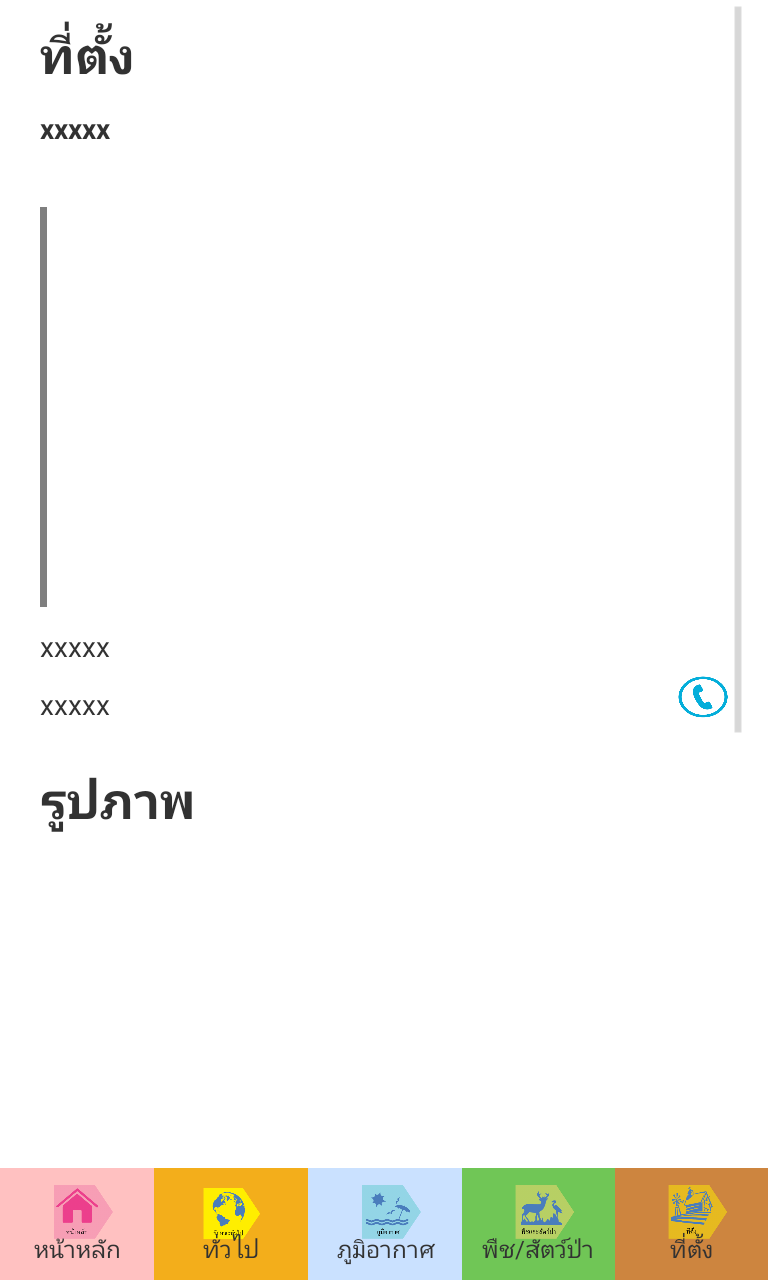
Repository: SettawutSomboon/SouthernNationalPark_Complete
Layout: SouthNationalParkTravel/SouthNationalPark/res/layout/animal.xml
These files come from the project's save history. The layout is drawn as it stood at one moment and after the next save; the edit follows.
Pictures or frames that could not be fetched are drawn as grey boxes. It is drawn on a 768 x 1280 px phone screen (xhdpi) without system bars, with theme AppTheme; the app's code is not run. Lists and similar views that code fills are empty.

Above is the layout before, as saved 2015-05-08 08:47:16.

After the next save:
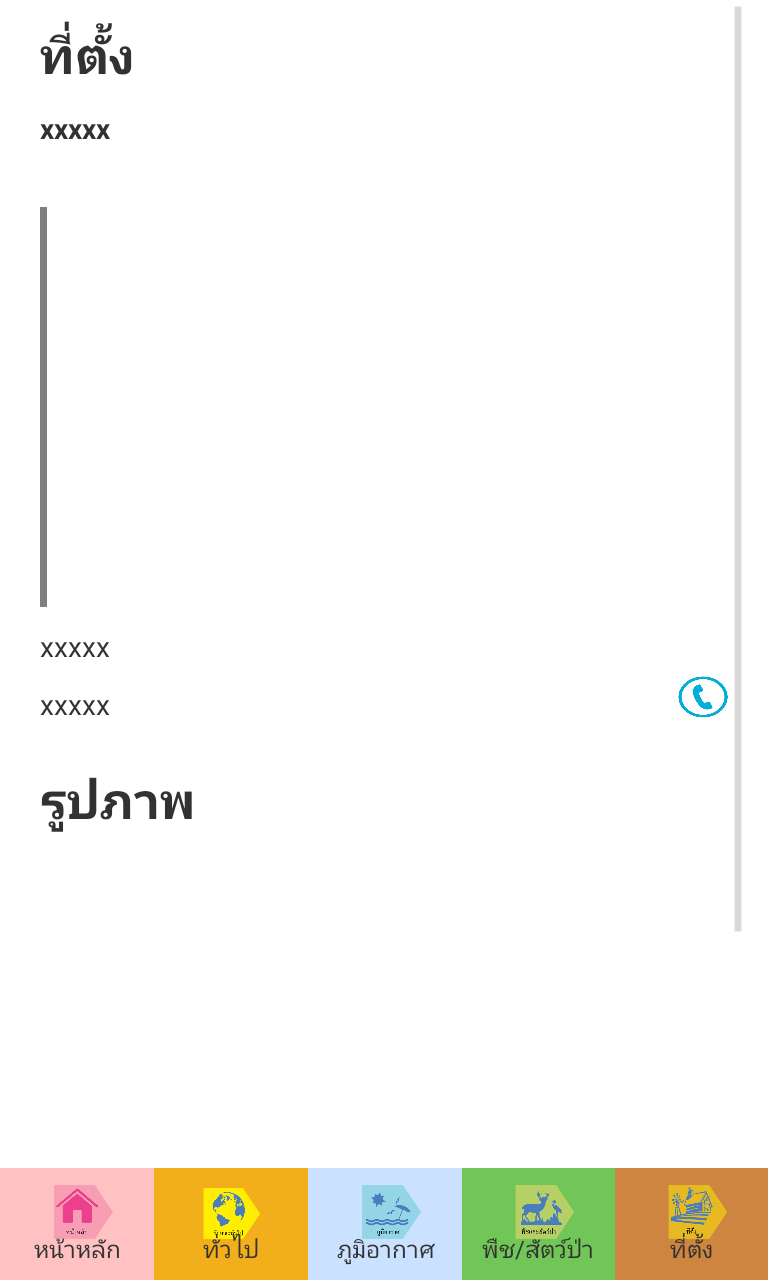
Saved 28 s later.
--- a/SouthNationalParkTravel/SouthNationalPark/res/layout/animal.xml
+++ b/SouthNationalParkTravel/SouthNationalPark/res/layout/animal.xml
@@ -101,7 +101,7 @@
                 <GridView
                     android:id="@+id/grid_image"
                     android:layout_width="wrap_content"
-                    android:layout_height="500dp"
+                    android:layout_height="300dp"
                     android:layout_marginTop="100dp"
                     android:columnWidth="100dp"
                     android:gravity="center"
